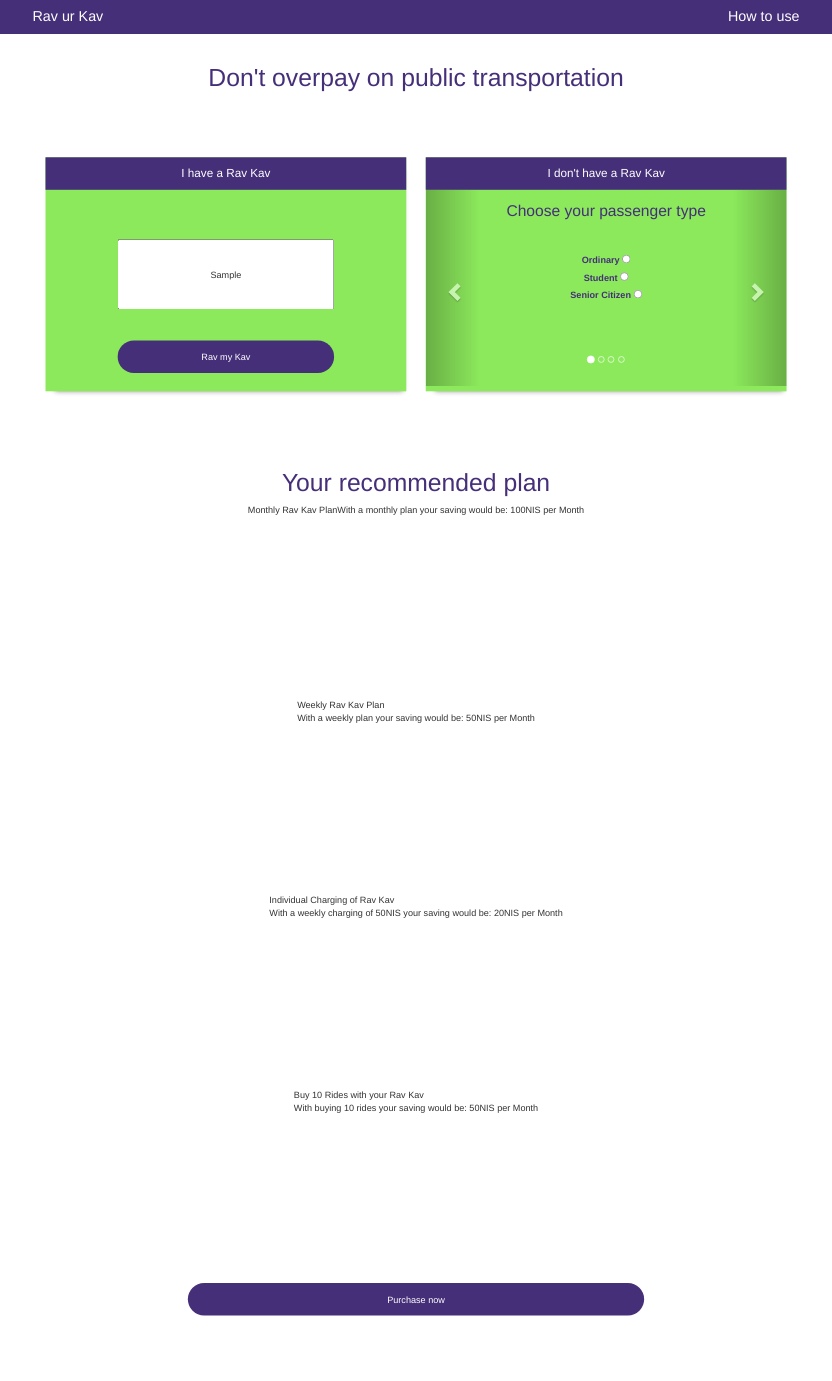
Repository: Louhla/Rav-ur-Kav
Page: index.html
An editor plug-in stored every save of this project. The page is shown before and after a run of saves, followed by the edit.
The browser window is 1280 px wide. The pictures show the whole page, at 65% of full size.
Empty fields were first filled with sample values (such as "Sample", 5 or name@example.com).
After loading, the first visible `#rav-kav-number-button` was clicked once.

Above is the page before, as saved 2019-07-18 13:33:36.

After the next 2 saves:
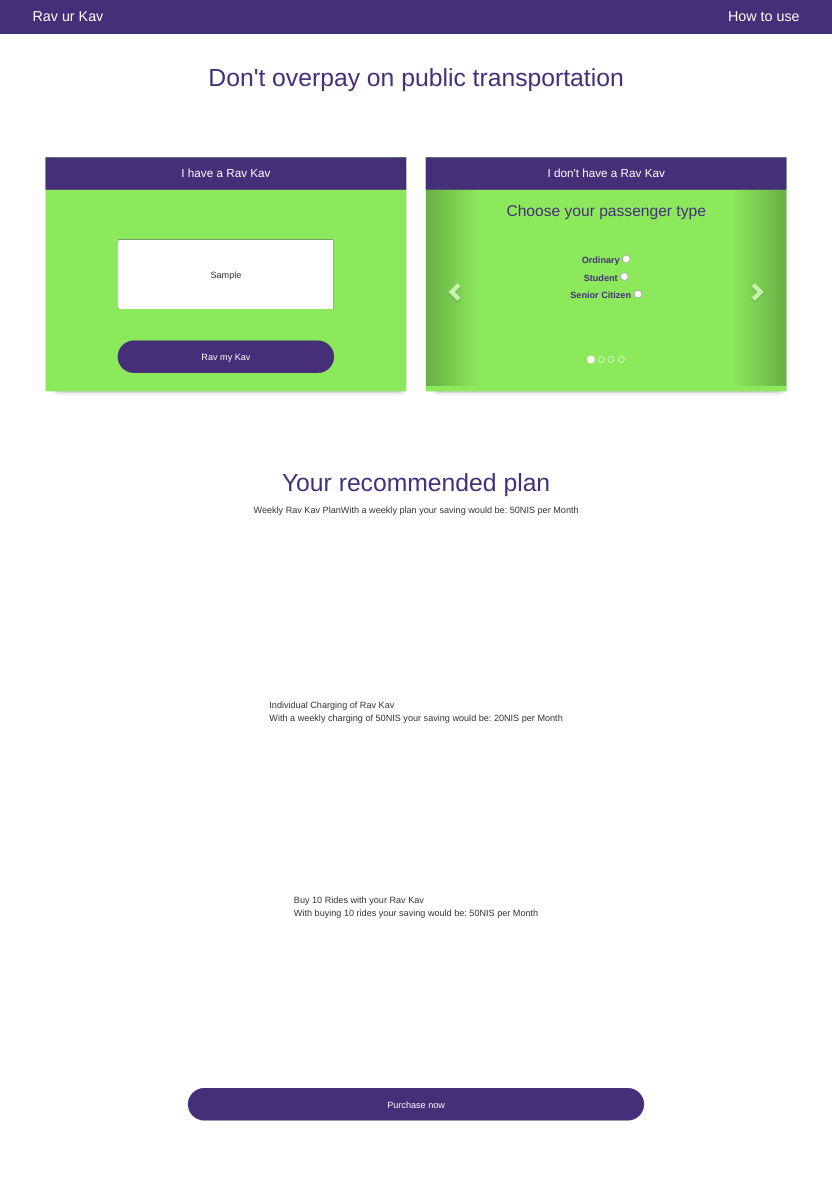
The 2 saves are shown as one change because they came seconds apart.
The last was saved 22 s later.
--- a/js/rav-ur-kav.js
+++ b/js/rav-ur-kav.js
@@ -17,7 +17,7 @@ $(document).ready(() => {
   $(reccomendedPlanButton1).on("click", (e) => {
         event.preventDefault();
     $("#recommended-plan").css("display", "flex");
-    var randomNumb = Math.floor(Math.random() * 4);;
+    var randomNumb = Math.floor(Math.random() * 4) + 1;
     $(`#plan${randomNumb}`).css("display", "flex");
   });
   $(reccomendedPlanButton2).on("click", () => {
